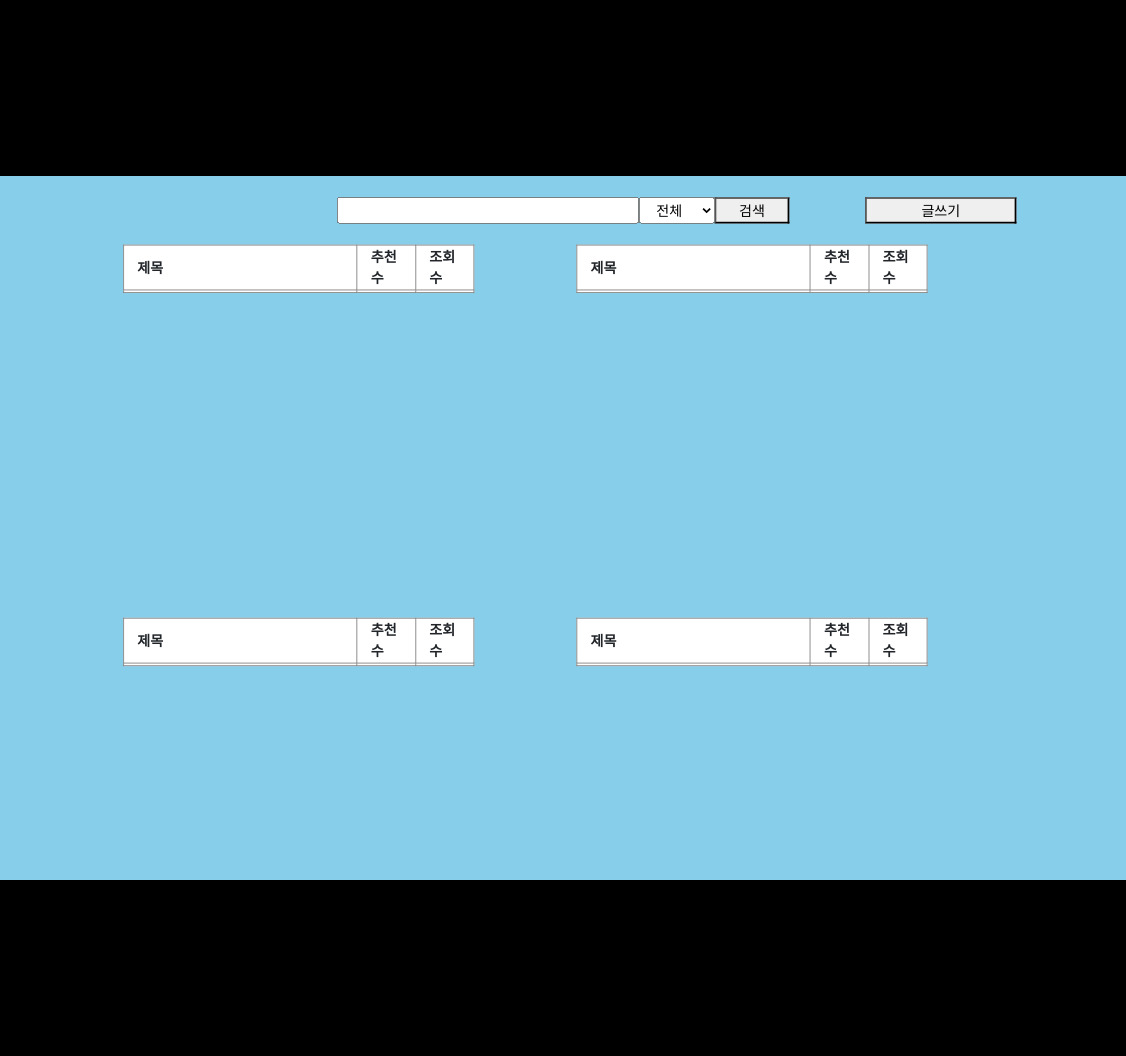
Repository: HJCroCat/project4
Page: http://localhost/koravle/getBoardMain.jsp
These files come from the project's save history. The page is drawn as it stood at one moment and after the next save; the edit follows.
The browser window is 1280 px wide. The pictures show the whole page, at 88% of full size.
An inner scrolling area shows only its first screen. The page is served by Tomcat 9. Nobody is signed in. The application's start-up code is not run. Other server files are loaded and not shown. The template is opened directly, without the code that normally fills it, so the values that code supplies are empty.

Above is the page before, as saved 2021-12-15 07:28:10.

### koravle/koravle/src/main/webapp/getBoardMain.jsp
<%@ page language="java" contentType="text/html; charset=UTF-8"
	pageEncoding="UTF-8"%>
<%@ taglib uri="http://java.sun.com/jstl/core_rt" prefix="c"%>

<!DOCTYPE html>
<html>
<head>
<!-- Required meta tags -->
<meta charset="utf-8">
<meta name="viewport"
	content="width=device-width, initial-scale=1, shrink-to-fit=no">

<!-- Bootstrap CSS -->
<link rel="stylesheet"
	href="https://cdn.jsdelivr.net/npm/bootstrap@4.6.1/dist/css/bootstrap.min.css"
	integrity="sha384-zCbKRCUGaJDkqS1kPbPd7TveP5iyJE0EjAuZQTgFLD2ylzuqKfdKlfG/eSrtxUkn"
	crossorigin="anonymous">

<title></title>
</head>
<body>

	<!-- header -->
	<header style="min-width:1280px; height:200px; margin:auto; background-color: black; ">

	</header>


	<!-- 게시판 메인 페이지 영역 시작 -->

	<main style="overflow:auto; max-width:1280px; min-width:1000px; height:800px; margin:auto; background-color: skyblue; ">

	<div style="max-width:1000px; margin:auto;">

		<div class="row">
			<br/>
		</div>

		<div class="row">
			<div class="col-3"></div>
			<input type="text" class="col-4" name="searchWord" id="searchWord">
			<select class="col-1" name="selectSearch" id="selectSearch">
				<option value="1" selected>전체</option>
				<option value="boardName">글제목</option>
				<option value="regionName">관광지</option>
				<option value="boardWriter">작성자</option>
			</select>
			<button class="col-1" onclick='location.href="getBoardList.do"'>검색</button>
			<div class="col-1"></div>
			<button class="col-2" onclick='location.href="insertBoard.do"'>글쓰기</button>
		</div>


		<div class="row">
			<br/>
		</div>

		<div class="row" style="height:400px;">

			<div class="col-5">
				<div style="background-color: white;">
					<table class="col-12" border="1">
						<tr>
							<th class="col-8" align="center">제목</th>
							<th class="col-2" align="center">추천수</th>
							<th class="col-2" align="center">조회수</th>
						</tr>
						<tr>
							<td class="col-8" align="left"><a href="getBoard.do?boardIdx=${board.boardIdx}">
															${board.boardTitle }</a></td>
							<td class="col-2">${board.boardReco }</td>
							<td class="col-2">${board.boardViewCount }</td>
					</table>
				</div>
			</div>

			<div class="col-1">
				<tr/>
			</div>

			<div class="col-5">
				<div style="background-color: white;">
					<table class="col-12" border="1">
						<tr>
							<th class="col-8" align="center">제목</th>
							<th class="col-2" align="center">추천수</th>
							<th class="col-2" align="center">조회수</th>
						</tr>
						<tr>
							<td class="col-8" align="left"><a href="getBoard.do?boardIdx=${board.boardIdx}">
															${board.boardTitle }</a></td>
							<td class="col-2">${board.boardReco }</td>
							<td class="col-2">${board.boardViewCount }</td>
					</table>
				</div>

			</div>


		</div>

		<div class="row">
			<br/>
		</div>

		<div class="row" style="height:400px;">

			<div class="col-5">
				<div style="background-color: white;">
					<table class="col-12" border="1">
						<tr>
							<th class="col-8" align="center">제목</th>
							<th class="col-2" align="center">추천수</th>
							<th class="col-2" align="center">조회수</th>
						</tr>
						<tr>
							<td class="col-8" align="left"><a href="getBoard.do?boardIdx=${board.boardIdx}">
															${board.boardTitle }</a></td>
							<td class="col-2">${board.boardReco }</td>
							<td class="col-2">${board.boardViewCount }</td>
					</table>
				</div>
			</div>

			<div class="col-1">
				<tr/>
			</div>

			<div class="col-5">
				<div style="background-color: white;">
					<table class="col-12" border="1">
						<tr>
							<th class="col-8" align="center">제목</th>
							<th class="col-2" align="center">추천수</th>
							<th class="col-2" align="center">조회수</th>
						</tr>
						<tr>
							<td class="col-8" align="left"><a href="getBoard.do?boardIdx=${board.boardIdx}">
															${board.boardTitle }</a></td>
							<td class="col-2">${board.boardReco }</td>
							<td class="col-2">${board.boardViewCount }</td>
					</table>
				</div>

			</div>


		</div>



	</div>

	</main>
	<!-- 게시판 메인 페이지 영역 끝 -->

	<!-- footer -->

	<footer style="min-width:1280px; height:200px; margin:auto; background-color: black;">

	</footer>


	<!-- Optional JavaScript; choose one of the two! -->

	<!-- Option 1: jQuery and Bootstrap Bundle (includes Popper) -->
	<script
		src="https://cdn.jsdelivr.net/npm/jquery@3.5.1/dist/jquery.slim.min.js"
		integrity="sha384-DfXdz2htPH0lsSSs5nCTpuj/zy4C+OGpamoFVy38MVBnE+IbbVYUew+OrCXaRkfj"
		crossorigin="anonymous"></script>
	<script
		src="https://cdn.jsdelivr.net/npm/bootstrap@4.6.1/dist/js/bootstrap.bundle.min.js"
		integrity="sha384-fQybjgWLrvvRgtW6bFlB7jaZrFsaBXjsOMm/tB9LTS58ONXgqbR9W8oWht/amnpF"
		crossorigin="anonymous"></script>

	<!-- Option 2: Separate Popper and Bootstrap JS -->
	<!--
    <script src="https://cdn.jsdelivr.net/npm/jquery@3.5.1/dist/jquery.slim.min.js" integrity="sha384-DfXdz2htPH0lsSSs5nCTpuj/zy4C+OGpamoFVy38MVBnE+IbbVYUew+OrCXaRkfj" crossorigin="anonymous"></script>
    <script src="https://cdn.jsdelivr.net/npm/popper.js@1.16.1/dist/umd/popper.min.js" integrity="sha384-9/reFTGAW83EW2RDu2S0VKaIzap3H66lZH81PoYlFhbGU+6BZp6G7niu735Sk7lN" crossorigin="anonymous"></script>
    <script src="https://cdn.jsdelivr.net/npm/bootstrap@4.6.1/dist/js/bootstrap.min.js" integrity="sha384-VHvPCCyXqtD5DqJeNxl2dtTyhF78xXNXdkwX1CZeRusQfRKp+tA7hAShOK/B/fQ2" crossorigin="anonymous"></script>
    -->

</body>
</html>

After the next save:
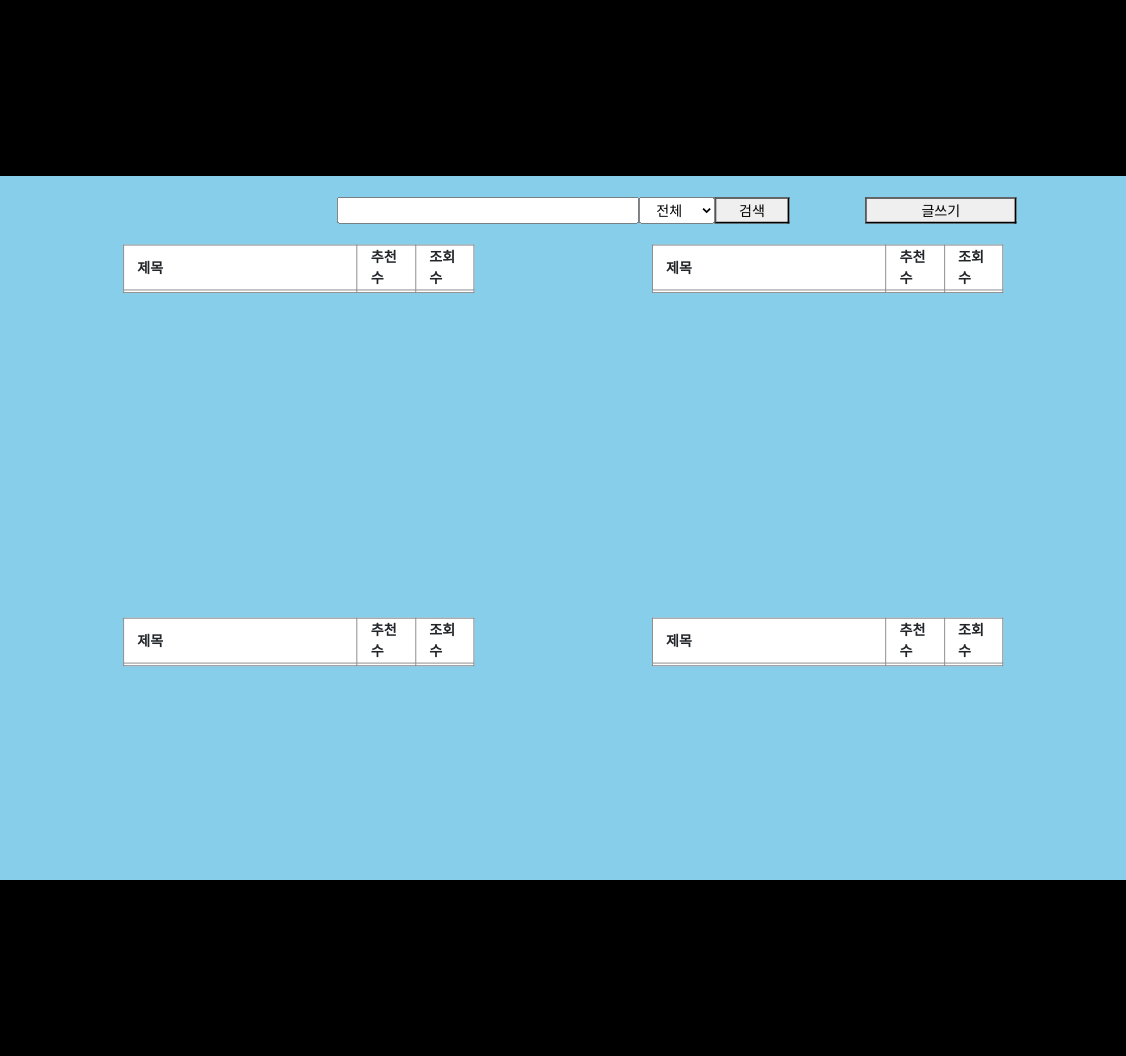
Saved 5 s later.
--- a/koravle/koravle/src/main/webapp/getBoardMain.jsp
+++ b/koravle/koravle/src/main/webapp/getBoardMain.jsp
@@ -74,7 +74,7 @@
 				</div>
 			</div>
 
-			<div class="col-1">
+			<div class="col-2">
 				<tr/>
 			</div>
 
@@ -122,7 +122,7 @@
 				</div>
 			</div>
 
-			<div class="col-1">
+			<div class="col-2">
 				<tr/>
 			</div>
 
